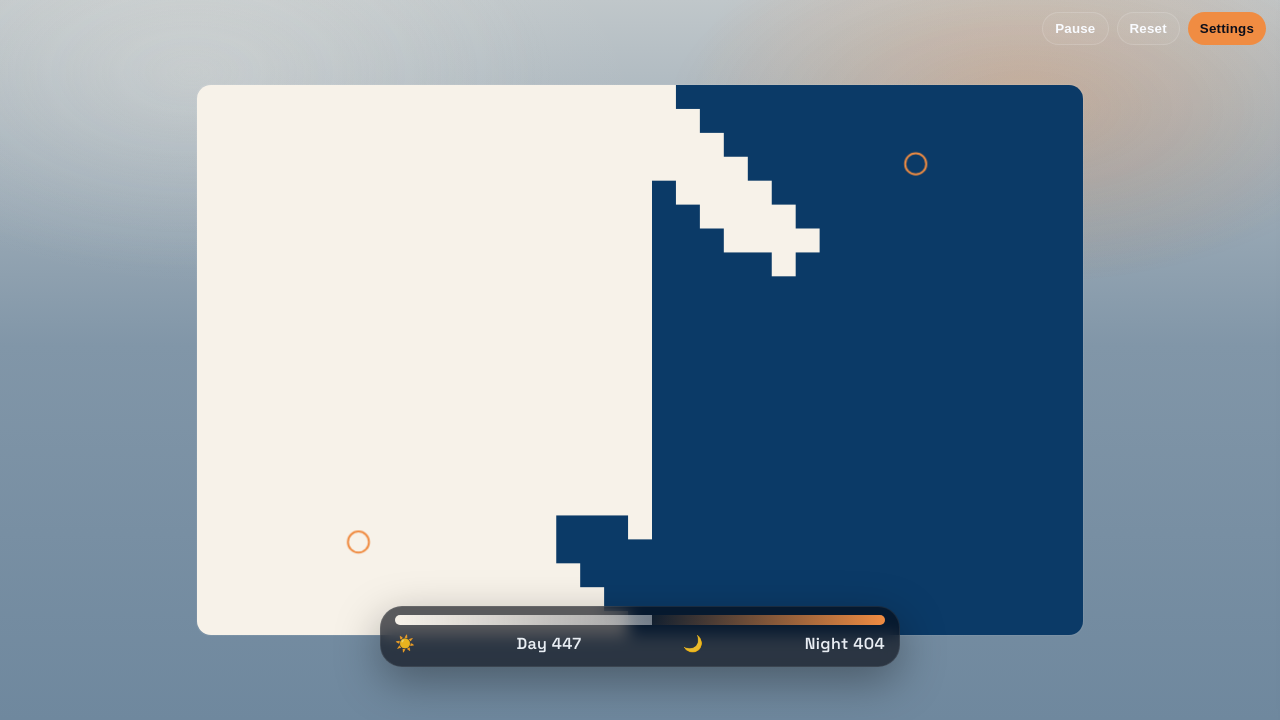
Repository: trevor050/pong
Page: index.html
The author's editor kept a copy of each file at every save. The page is drawn from the files as they stood at one save, then again after the next save.
The browser window is 1280 px wide. The pictures show the whole page.

Above is the page before, as saved 2025-12-06 22:27:36.

After the next save:
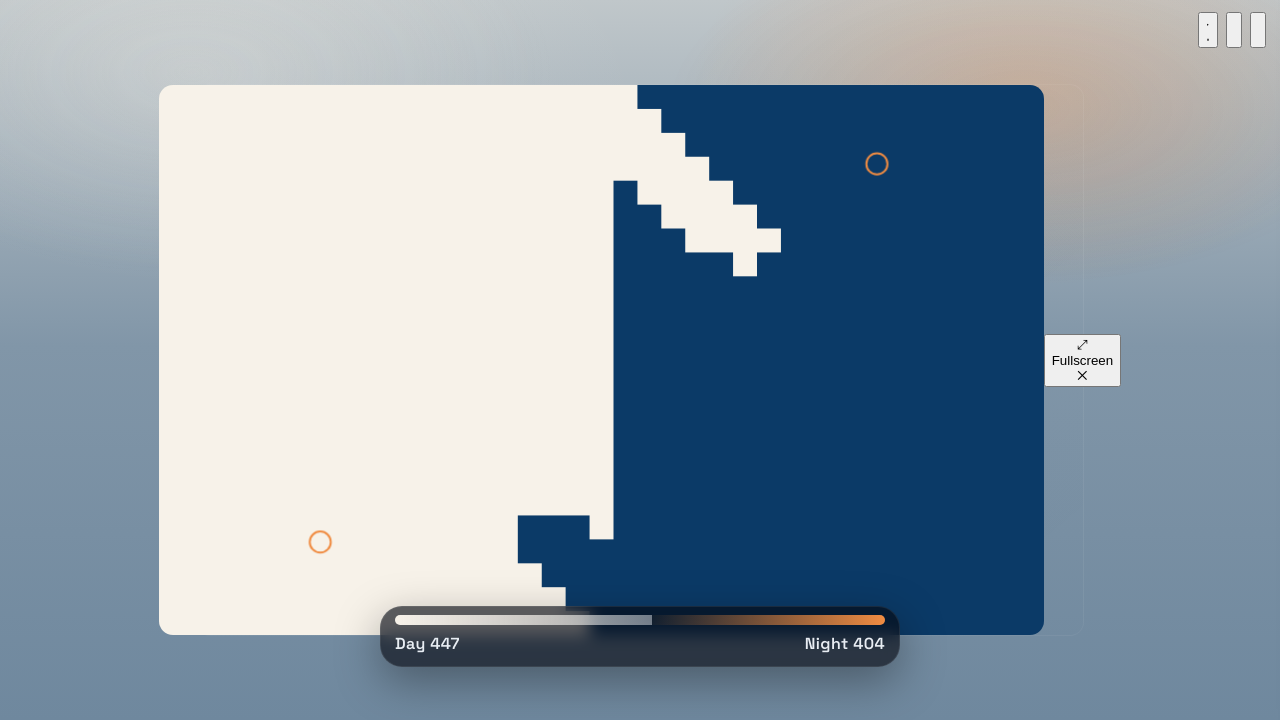
Saved 61 min 7 s later.
--- a/index.html
+++ b/index.html
@@ -15,31 +15,44 @@
 </head>
 <body>
   <div class="bg"></div>
-  <div class="chrome-controls">
-    <button id="playPauseBtn" class="chip" title="Play / Pause">Pause</button>
-    <button id="resetBtn" class="chip" title="Reset simulation">Reset</button>
-    <button id="configBtn" class="chip chip--accent" aria-label="Open settings" title="Settings">Settings</button>
+  <div class="chrome-controls" id="chromeControls">
+    <button id="playPauseBtn" class="glass-icon" data-state="playing" aria-label="Pause" title="Pause">
+      <svg class="icon-svg icon-play" viewBox="0 0 24 24" aria-hidden="true"><path d="M7 5.5v13l11-6.5L7 5.5Z" /></svg>
+      <svg class="icon-svg icon-pause" viewBox="0 0 24 24" aria-hidden="true"><path d="M7 5.5h4v13H7zm6 0h4v13h-4z" /></svg>
+    </button>
+    <button id="resetBtn" class="glass-icon" aria-label="Reset simulation" title="Reset simulation">
+      <svg class="icon-svg" viewBox="0 0 24 24" aria-hidden="true"><path d="M12 5a7 7 0 1 1-6.3 4H9v-2H4V12H6v-.2A9 9 0 1 0 3 12h2a7 7 0 0 1 7-7Z" /></svg>
+    </button>
+    <button id="configBtn" class="glass-icon" aria-label="Open settings" title="Settings">
+      <svg class="icon-svg" viewBox="0 0 24 24" aria-hidden="true"><path d="M9.5 4.3 9 6.7a5.9 5.9 0 0 0-1.2.7L5.8 6.4 4.5 8.7l1.9 1.4a5.7 5.7 0 0 0-.1 1 5.7 5.7 0 0 0 .1 1l-1.9 1.4 1.3 2.3 2-.9c.4.3.8.5 1.2.7l.5 2.4h2.6l.5-2.4c.4-.2.8-.4 1.2-.7l2 .9 1.3-2.3-1.9-1.4a5.7 5.7 0 0 0 .1-1 5.7 5.7 0 0 0-.1-1l1.9-1.4-1.3-2.3-2 .9c-.4-.3-.8-.5-1.2-.7L12.1 4h-2.6Zm1.3 5.2a2.5 2.5 0 1 1 0 5 2.5 2.5 0 0 1 0-5Z" /></svg>
+    </button>
   </div>
   <main class="shell">
     <div class="canvas-frame" id="canvasFrame">
       <canvas id="gameCanvas" width="720" height="720"></canvas>
+      <button class="fullscreen-hint" id="fullscreenHint" title="Enter fullscreen" aria-label="Enter fullscreen">
+        <span class="hint-icon">⤢</span> <span class="hint-text">Fullscreen</span> <span class="hint-dismiss">✕</span>
+      </button>
       <div class="score-notch" id="scoreNotch">
         <div class="score-notch__bar">
           <div class="score-notch__day"></div>
           <div class="score-notch__night"></div>
         </div>
         <div class="score-notch__labels">
-          <span class="icon" title="Day territory">☀️</span><span class="score" id="dayScoreLabel">Day 0</span>
-          <span class="icon" title="Night territory">🌙</span><span class="score" id="nightScoreLabel">Night 0</span>
+          <span class="score-pair">
+            <span class="pill pill--day" aria-hidden="true"></span>
+            <span class="score" id="dayScoreLabel">Day 0</span>
+          </span>
+          <span class="score-pair">
+            <span class="pill pill--night" aria-hidden="true"></span>
+            <span class="score" id="nightScoreLabel">Night 0</span>
+          </span>
         </div>
       </div>
-      <div class="drag-handle drag-handle--top" data-edge="top"></div>
-      <div class="drag-handle drag-handle--bottom" data-edge="bottom"></div>
-      <div class="drag-handle drag-handle--left" data-edge="left"></div>
-      <div class="drag-handle drag-handle--right" data-edge="right"></div>
     </div>
   </main>
 
+  <div class="drawer-overlay" id="drawerOverlay" aria-hidden="true"></div>
   <aside class="drawer" id="configPanel" aria-label="Settings">
     <div class="drawer__header">
       <div>
@@ -47,6 +60,12 @@
         <h2>Dial it in</h2>
       </div>
       <button id="closeConfig" class="icon-btn" aria-label="Close settings" title="Close">×</button>
+    </div>
+
+    <div class="drawer__quick">
+      <button id="drawerPlayPause" class="chip">Pause</button>
+      <button id="drawerReset" class="chip">Reset</button>
+      <button id="drawerFullscreen" class="chip">Fullscreen</button>
     </div>
 
     <label class="field">
@@ -57,11 +76,11 @@
     <div class="field grid">
       <label>
         <span>Day</span>
-        <input type="color" id="dayColorInput" value="#f7f2e9">
+        <input type="color" id="dayColorInput" value="#e4f4ff">
       </label>
       <label>
         <span>Night</span>
-        <input type="color" id="nightColorInput" value="#0b3a67">
+        <input type="color" id="nightColorInput" value="#0b1e33">
       </label>
     </div>
 
@@ -89,6 +108,15 @@
       <input type="range" id="chaosInput" min="0" max="100" step="1" value="40">
     </div>
 
+    <label class="field">
+      <span>Ball styling</span>
+      <select id="ballStyleSelect">
+        <option value="ring">Rings</option>
+        <option value="solid">Solid fills</option>
+        <option value="halo">Halo glow</option>
+      </select>
+    </label>
+
     <div class="drawer__actions">
       <button id="scatterBtn" class="chip">Scatter start</button>
       <button id="swapSidesBtn" class="chip">Swap sides</button>
